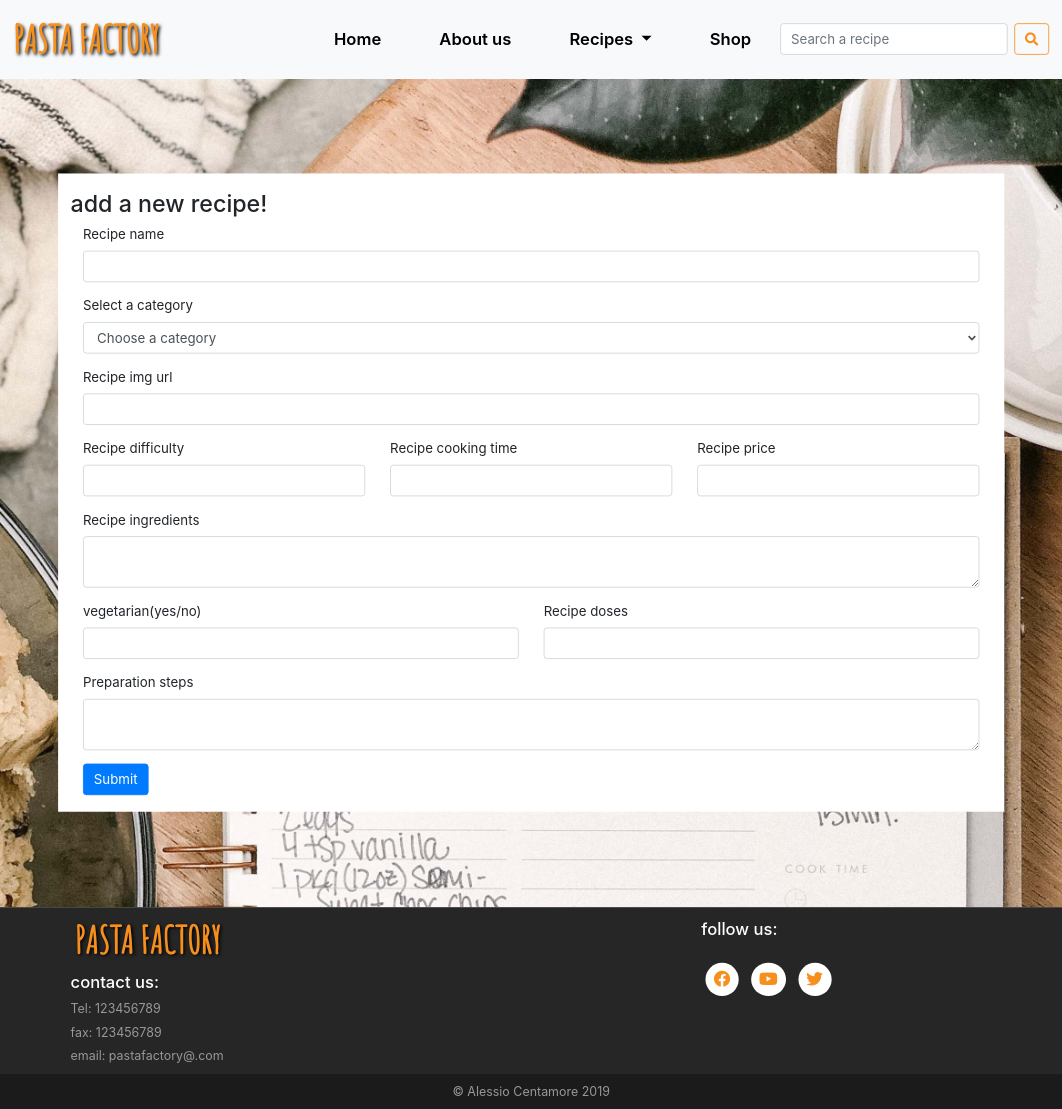
Repository: Baal89/recipe-app
Page: http://localhost/add_recipe
The author's editor kept a record of every edit. The page is drawn from the files as they stood at one moment, then again after the next edit.
The browser window is 1280 px wide. The pictures show the whole page, at 83% of full size.
Backgrounds fixed to the window are drawn as part of the page. Some web libraries are served in a nearby version. The page is served by the project's application, run on Flask 3 (app.py). Queries for data that is not in the repository find no rows.

Above is the page before.

### templates/addrecipes.html
 {% extends 'base.html' %} {% block content %}

<!-- bootstrap form-->

<section class="recipe-container">
    <div class="container recipe-page">
        <h3> add a new recipe!</h3>
        <form action="{{ url_for('insert_recipe') }}" method="POST" class="col-12">
            <div class="row">
                <div class="form-group col-12">
                    <label>Recipe name</label>
                    <input type="text" class="form-control" name="recipe_name" id="recipe_name" required>
                </div>
            </div>
            <div class="row">
                <div class="form-group col-12">
                    <label for="exampleFormControlSelect1">Select a category</label>
                    <select class="form-control" id="category" name="category_name">
                     <option disabled selected>Choose a category</option>
                     {% for cat in categories %}
                         <option value="{{cat.category_name}}">{{cat.category_name}}</option>
                     {% endfor %}
                </select>
                </div>
            </div>
            <div class="row">
                <div class="form-group col-12">
                    <label>Recipe img url</label>
                    <input type="text" class="form-control" name="recipe_img" id="recipe_img" required>
                </div>
            </div>
            <div class="row">
                <div class="form-group col-md-4 col-12">
                    <label>Recipe difficulty</label>
                    <input type="text" class="form-control" name="recipe_difficulty" id="recipe_difficulty" required>
                </div>
                <div class="form-group col-md-4 col-12">
                    <label>Recipe cooking time </label>
                    <input type="text" class="form-control" name="recipe_cooking_time" id="recipe_cooking_time" required>
                </div>
                <div class="form-group col-md-4 col-12">
                    <label>Recipe price</label>
                    <input type="text" class="form-control" name="recipe_price" id="recipe_price" required>
                </div>
            </div>
            <div class="row">
                <div class="form-group col-12">
                    <label>Recipe ingredients</label>
                    <textarea type="textarea" class="form-control" name="recipe_ingredients" id="recipe_ingredients" required></textarea>
                </div>
            </div>
            <div class="row">
                <div class="form-group col-md-6 col-12">
                    <label>vegetarian(yes/no)</label>
                    <input type="text" class="form-control" name="recipe_vegetarian" id="recipe_vegetarian" required>
                </div>
                <div class="form-group col-md-6 col-12">
                    <label>Recipe doses</label>
                    <input type="text" class="form-control" name="recipe_doses" id="recipe_doses" required>
                </div>
            </div>
            <div class="row">
                <div class="form-group col-12">
                    <label>Preparation steps</label>
                    <textarea type="textarea" class="form-control" name="recipe_preparation_steps" id="recipe_preparation_steps" required></textarea>
                </div>
            </div>
            <button type="submit" class="btn btn-primary">Submit</button>
        </form>
    </div>
</section>
{% endblock %}

### templates/base.html
<!DOCTYPE html>
<html lang="en">

<head>
    <meta charset="utf-8">
    <meta name="viewport" content="width=device-width, initial-scale=1, shrink-to-fit=no">
    <link href="https://fonts.googleapis.com/css?family=Amatic+SC&display=swap" rel="stylesheet">
    <link rel="stylesheet" href="https://use.fontawesome.com/releases/v5.8.2/css/all.css" integrity="sha384-oS3vJWv+0UjzBfQzYUhtDYW+Pj2yciDJxpsK1OYPAYjqT085Qq/1cq5FLXAZQ7Ay" crossorigin="anonymous" type="text/css">
    <link href="https://stackpath.bootstrapcdn.com/bootstrap/4.4.1/css/bootstrap.min.css" rel="stylesheet" integrity="sha384-Vkoo8x4CGsO3+Hhxv8T/Q5PaXtkKtu6ug5TOeNV6gBiFeWPGFN9MuhOf23Q9Ifjh" crossorigin="anonymous">
    <link rel="stylesheet" href="{{url_for('static', filename='css/style.css') }}" type="text/css">
    <title>Pasta Factory</title>
</head>

<body>
    <header class="main-header sticky-top">
        <!-- bootsrap navbar -->
        <nav class="navbar navbar-expand-lg navbar-light bg-light">
            <a class="navbar-brand" href="{{ url_for('index') }}"><strong>Pasta Factory</strong></a>
            <button class="navbar-toggler" type="button" data-toggle="collapse" data-target="#navbarNav" aria-controls="navbarNav" aria-expanded="false" aria-label="Toggle navigation">
                <span class="navbar-toggler-icon"></span>
            </button>
            <div class="collapse navbar-collapse justify-content-end" id="navbarNav">
                <ul class="navbar-nav">
                    <li class="nav-item">
                        <a class="nav-link" href="{{url_for('index') }}">Home <span class="sr-only">(current)</span></a>
                    </li>
                    <li class="nav-item">
                        <a class="nav-link" href="{{url_for('about') }}">About us</a>
                    </li>
                    <li class="nav-item dropdown">
                            <a class="nav-link dropdown-toggle" href="#" id="navbarDropdown" role="button" data-toggle="dropdown" aria-haspopup="true" aria-expanded="false">
                              Recipes
                            </a>
                            <div class="dropdown-menu" aria-labelledby="navbarDropdown">
                            <a class="dropdown-item" href="{{url_for('get_recipes') }}">See recipes</a>
                            <a class="dropdown-item" href="{{url_for('add_recipe') }}">Add a recipe</a>
                        </div>
                    </li>
                    <li class="nav-item">
                        <a class="nav-link" href="{{url_for('shop') }}">Shop</a>
                    </li>
                </ul>
                <!--bootstrap search form ----->
                <form class="form-inline search">
                    <input class="form-control mr-sm-2" type="search" placeholder="Search a recipe" aria-label="Search">
                    <button class="btn btn-outline my-2 my-sm-0" type="submit"><i class="fas fa-search"></i></button>
                </form>
            </div>
        </nav>
    </header>

    {% block content %} {% endblock %}

    <footer>
        <div class="container">
            <div class="row">
                <div class="col-md-8 col-12">
                    <a class="navbar-brand" href="{{ url_for('index') }}"><strong>Pasta Factory</strong></a>
                    <h5 class="details-header">contact us:</h5>
                    <p>Tel: 123456789</p>
                    <p>fax: 123456789</p>
                    <p>email: pastafactory@.com</p>
                </div>
                <div class="col-md-4 col-12 social-media">
                    <h5>follow us:</h5>
                    <a href="#">
                        <i class="fab fa-facebook"></i>
                    </a>
                    <a href="#">
                        <i class="fab fa-youtube"></i>
                    </a>
                    <a href="#">
                        <i class="fab fa-twitter"></i>
                    </a>
                </div>
            </div>
        </div>
        <div class="container-fluid">
            <div class="row">
                <div class="col-12 px-0">
                    <p class="text-center credit">&copy; Alessio Centamore 2019</p>
                </div>
            </div>
        </div>
    </footer>

    <script src="https://code.jquery.com/jquery-3.4.1.slim.min.js" integrity="sha384-J6qa4849blE2+poT4WnyKhv5vZF5SrPo0iEjwBvKU7imGFAV0wwj1yYfoRSJoZ+n" crossorigin="anonymous"></script>
    <script src="https://cdn.jsdelivr.net/npm/popper.js@1.16.0/dist/umd/popper.min.js" integrity="sha384-Q6E9RHvbIyZFJoft+2mJbHaEWldlvI9IOYy5n3zV9zzTtmI3UksdQRVvoxMfooAo" crossorigin="anonymous"></script>
    <script src="https://stackpath.bootstrapcdn.com/bootstrap/4.4.1/js/bootstrap.min.js" integrity="sha384-wfSDF2E50Y2D1uUdj0O3uMBJnjuUD4Ih7YwaYd1iqfktj0Uod8GCExl3Og8ifwB6" crossorigin="anonymous"></script>
</body>


</html>

### app.py
import os
from flask import Flask, render_template, redirect, request, url_for
from flask_pymongo import PyMongo
from bson.objectid import ObjectId

app = Flask(__name__)

app.config["MONGO_DBNAME"] = "recipes_app"
app.config["MONGO_URI"] = os.environ.get("MONGO_URI")

mongo = PyMongo(app)

@app.route("/")
def index():
    return render_template("index.html")

@app.route("/get_recipes")
def get_recipes():
    return render_template("recipes.html", recipes = mongo.db.recipes.find().sort("category_name", -1))

app.route("/search")
def search(recipe_name,):
    mongo.db.recipes.find({"$text": {"$search": recipe_name}}).limit(10)
    return render_template("recipes.html")

@app.route("/add_recipe")
def add_recipe():
    return render_template("addrecipes.html", categories=mongo.db.categories.find())

# Add Recipe - Insert Recipe Function
@app.route("/insert_recipe", methods=["POST"])
def insert_recipe():

    ingredients = request.form.get("recipe_ingredients").splitlines()
    allergens = request.form.get("recipe_allergens").splitlines()


    # Recipe JSON object
    submission = {
        "recipe_name": request.form.get("recipe_name"),
        "category_name": request.form.get("category_name"),
        "recipe_img": request.form.get("recipe_img"),
        "recipe_difficulty": request.form.get("recipe_difficulty"),
        "recipe_ingredients": ingredients,
        "recipe_allergens": allergens,
        "recipe_cooking_time": request.form.get("recipe_cooking_time"),
        "recipe_price": request.form.get("recipe_price"),
        "recipe_vegetarian": request.form.get("recipe_vegetarian"),
        "recipe_doses": request.form.get("recipe_doses"),
        "recipe_preparation_steps": request.form.get("recipe_preparation_steps"),
    }

    recipes = mongo.db.recipes
    recipes.insert_one(submission)
    return redirect(url_for("get_recipes"))


# edit recipe - edit recipe function
@app.route("/edit_recipe/<recipe_id>")
def edit_recipe(recipe_id):
    the_recipe = mongo.db.recipes.find_one({"_id" : ObjectId(recipe_id) })
    all_recipes = mongo.db.categories.find()

    return render_template("editrecipes.html", recipes = the_recipe, categories = all_recipes)

 #update recipe - update recipe function
@app.route('/update_recipe/<recipe_id>', methods=["POST"])
def update_recipe(recipe_id):
    recipes = mongo.db.recipes

    ingredients = request.form.get("recipe_ingredients").splitlines()
    allergens = request.form.get("recipe_allergens").splitlines()


    recipes.update( {'_id': ObjectId(recipe_id)},


    {
        "recipe_name": request.form.get("recipe_name"),
        "category_name": request.form.get("category_name"),
        "recipe_img": request.form.get("recipe_img"),
        "recipe_difficulty": request.form.get("recipe_difficulty"),
        "recipe_ingredients": ingredients,
        "recipe_allergens": allergens,
        "recipe_cooking_time": request.form.get("recipe_cooking_time"),
        "recipe_price": request.form.get("recipe_price"),
        "recipe_vegetarian": request.form.get("recipe_vegetarian"),
        "recipe_doses": request.form.get("recipe_doses"),
        "recipe_preparation_steps": request.form.get("recipe_preparation_steps"),
    })
    return redirect("/get_recipes")

@app.route('/delete_recipe/<recipe_id>')
def delete_recipe(recipe_id):
    mongo.db.recipes.remove({'_id': ObjectId(recipe_id)})
    return redirect(url_for('get_recipes'))

@app.route('/about')
def about():
    return render_template('about-us.html')

@app.route('/shop')
def shop():
    return render_template('shop.html')

if __name__=="__main__":
    app.run(host=os.environ.get("IP"),
        port=int(os.environ.get("PORT")),
        debug=True)

### static/css/style.css
/*------------------------------------------------------------ navbar */

.navbar-light .navbar-nav .nav-link {
    font-size: 20px;
    font-weight: 600;
    padding: 0 15px;
    display: block;
    color: black;
    transition: color 0.2s ease-in-out;
    margin: 20px;
}


.navbar-light .navbar-nav .nav-link:hover {
    color: #f78f1e;
}

.navbar-light .navbar-brand {
    color: #f78f1e;
    font-weight: 400;
    text-transform: uppercase;
    text-shadow: 2px 2px 4px #000000;
    font-size: 45px;
    font-family: 'Amatic SC', cursive;
}

.navbar-light .navbar-brand:hover {
    color: #f78f1e;
}

.bg-light .btn {
    color: #f78f1e;
    border: 1px solid #f78f1e;
}

.bg-light .btn:hover {
    color: black;
    border: 1px solid black;
}

@media only screen and (max-width: 600px) {
    .navbar-light .navbar-brand {
        font-size: 30px;
    }
}

@media only screen and (max-width: 1024px) {
    .bg-light .btn {
        display: none;
    }
}

/*-------------------------------------------------------index.html */

/*---------------------------------------------carousel */

.d-md-block {
    text-transform: uppercase;
    padding: 1em;
    position: absolute;
    top: 60%;
    left: 50%;
    margin-right: -50%;
    transform: translate(-50%, -50%);
}

.d-md-block p {
    font-size: 35px;
    text-shadow: 2px 2px #000000;
}

.d-md-block .nav-button {
    border: none;
    color: white;
    background-color: #f78f1e;
    padding: 15px 24px;
    text-align: center;
    text-decoration: none;
    display: inline-block;
    font-size: 16px;
    font-weight: bold;
    transition: color 0.2s ease-in-out;
}

.d-md-block .nav-button:hover {
    color: black;
}

/*-----------------------------------article description*/

.description {
    margin: 70px 0;
    padding: 100px 0;
    background-image: url("../assets/img/tools.jpg");
    background-position: center center;
    background-repeat: no-repeat;
    background-size: cover;
    color: black;
}

.title {
    text-decoration: underline #f78f1e;
    text-transform: uppercase;
    margin-bottom: 30px;
}

.description p {
    font-size: 20px;
    font-weight: 600;
}

@media only screen and (max-width: 768px) {
    .description {
        padding: 20px 0;
    }
}

/*---------------------------------------------cards*/

.card {
    padding: 0;
}

.cards p {
    font-size: 18px;
}

.cards-header {
    margin-bottom: 50px;
    padding-bottom: 50px;
    text-transform: uppercase;
}

.nav-button-cards {
    margin-top: 30px;
    border: 1px solid #f78f1e;
    color: black;
    background-color: white;
    padding: 15px 24px;
    text-align: center;
    text-decoration: none;
    display: inline-block;
    font-size: 16px;
    font-weight: bold;
    transition: background-color 0.2s ease-in-out;
}

.nav-button-cards:hover {
    background-color: #f78f1e;
    color: white;
}


/*-------------------------------------------recipe book*/

.book {
    margin: 30px auto;
    padding: 50px 0;
    width: 50%;
}

.recipe-book {
    margin: 100px auto 25px;
}

recipe-book-header {
    text-transform: uppercase;
}

.recipe-book p {
    font-size: 18px;
}

@media only screen and (max-width: 768px) {
    .book {
        width: 75%;
    }
}

/*----------------------------------------------------------------recipes.html*/

.recipe-container {
    background-image: url("../assets/img/recipe-page.jpg");
    background-position: center;
    background-repeat: no-repeat;
    background-size: cover;
    background-attachment: fixed;
    padding: 75px 15px;
}

.recipe-page {
    background-color: white;
    margin: 40px auto;
    padding: 20px 15px;
}

.recipe-name {
    font-family: 'Amatic SC', cursive;
    font-size: 50px;
}

.recipe-img {
    margin: 35px auto;
}


.recipe-details {
    margin: 100px 0;
}

.recipe-button {
    font-size: 16px;
    margin: 15px 0;
}

.icon {
    width: 8%;
    padding-right: 5px;
}

.ingredients-header {
    font-family: 'Amatic SC', cursive;
    font-size: 40px;
    color: #f78f1e;
}

.recipe-composition {
    display: inline-block;
    text-align: left;
    list-style: none;
}

.recipe-composition li::before {
    content: "\2022";
    color: #f78f1e;
    font-weight: 800;
    display: inline-block;
    width: 1em;
    margin-left: -1em;
}


@media only screen and (max-width: 600px) {
    .recipe-details {
        margin: 25px 0;
        text-align: center;

    }
}

/*-----------------------------------------------------addrecipe.html and editrecipe.html*/

.form-header {
    text-align: center;
    font-family: 'Amatic SC', cursive;
    color: #f78f1e;
    font-size: 50px;
}

.form-page {
    background-color: white;
    margin: 55px auto;
    padding: 35px 0;
}

/*----------------------------------------------------------------footer*/

footer {
    background-color: #262626;
    color: white;
}

footer a {
    padding: 0 5px;
    text-decoration: none;
}

footer i {
    margin-top: 20px;
    font-size: 20px;
    color: #f78f1e;
    background-color: white;
    transition: color 0.2s ease-in-out;
    border-radius: 100%;
    padding: 10px;
}

footer i:hover {
    color: black;
    text-decoration: none;
}


footer p {
    font-size: 15px;
    line-height: 12px;
    color: #989898;
}

.details-header {
    margin-bottom: 15px;
}

.navbar-brand {
    color: #f78f1e;
    font-weight: 400;
    text-transform: uppercase;
    text-shadow: 2px 2px 4px #000000;
    font-size: 45px;
    font-family: 'Amatic SC', cursive;
}

.navbar-brand:hover {
    color: #f78f1e;
}

.social-media {
    margin: 15px auto;
}

.credit {
    background-color: #1b1b1b;
    padding: 15px 0;
    margin: 0;
}

After the next edit:
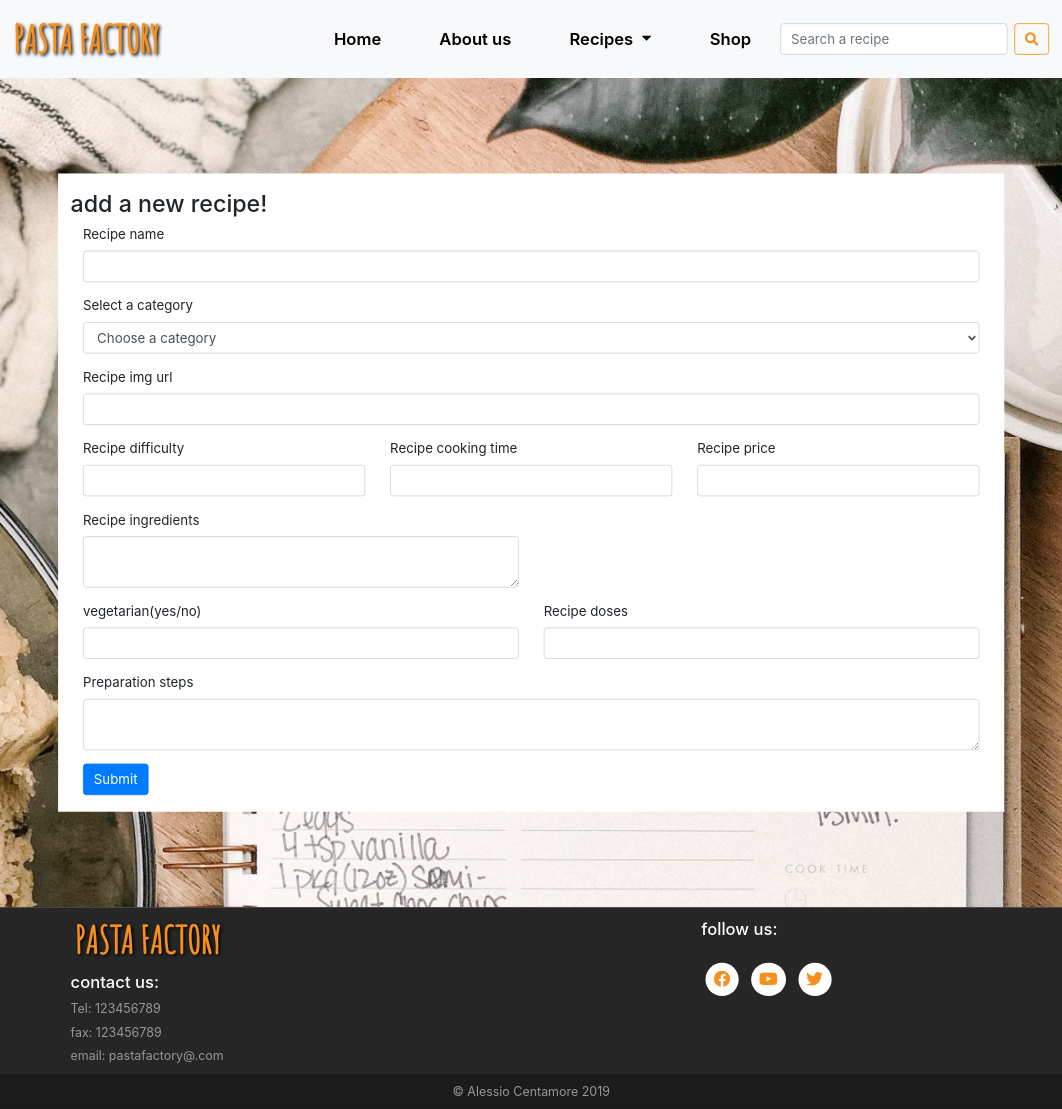
The edit:
--- a/templates/addrecipes.html
+++ b/templates/addrecipes.html
@@ -44,7 +44,7 @@
                 </div>
             </div>
             <div class="row">
-                <div class="form-group col-12">
+                <div class="form-group col-6">
                     <label>Recipe ingredients</label>
                     <textarea type="textarea" class="form-control" name="recipe_ingredients" id="recipe_ingredients" required></textarea>
                 </div>
